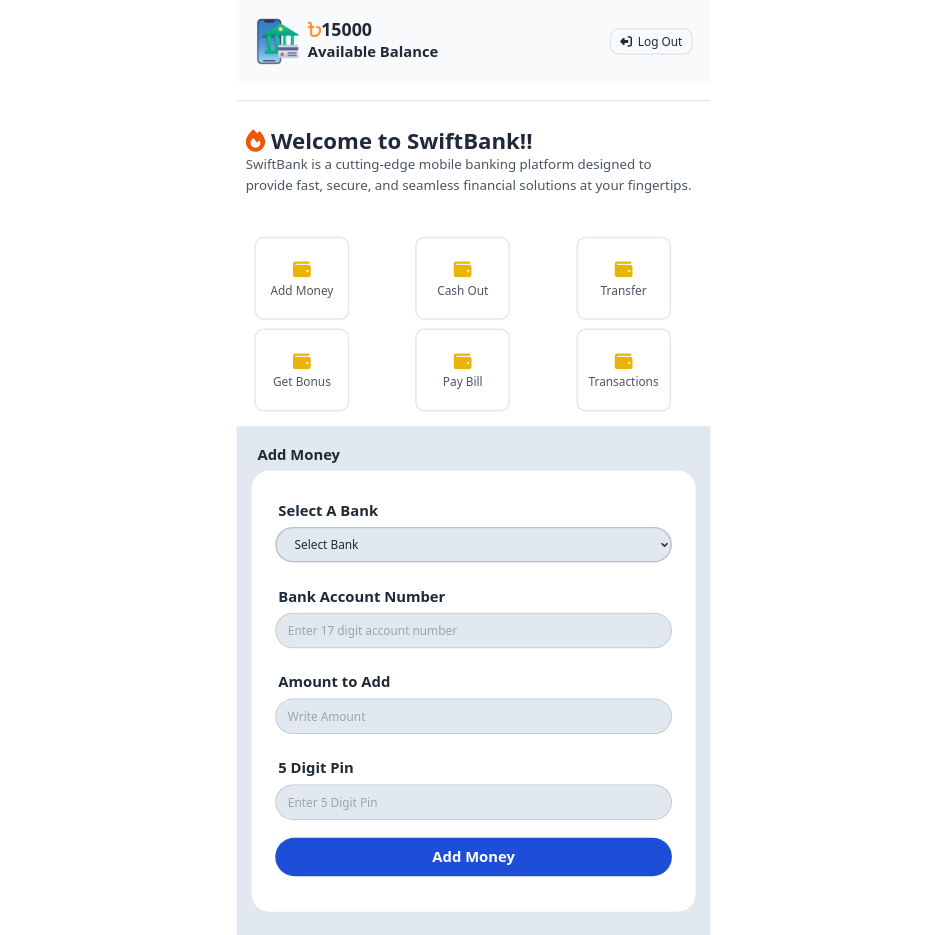
Repository: mukaddam-coder/swift-bank-mobile-banking
Page: home.html
The author's editor kept a copy of each file at every save. The page is drawn from the files as they stood at one save, then again after the next save.
The browser window is 1280 px wide. The pictures show the whole page, at 74% of full size.
Some web libraries are served in a nearby version.

Above is the page before, as saved 2024-12-16 18:43:18.

After the next save:
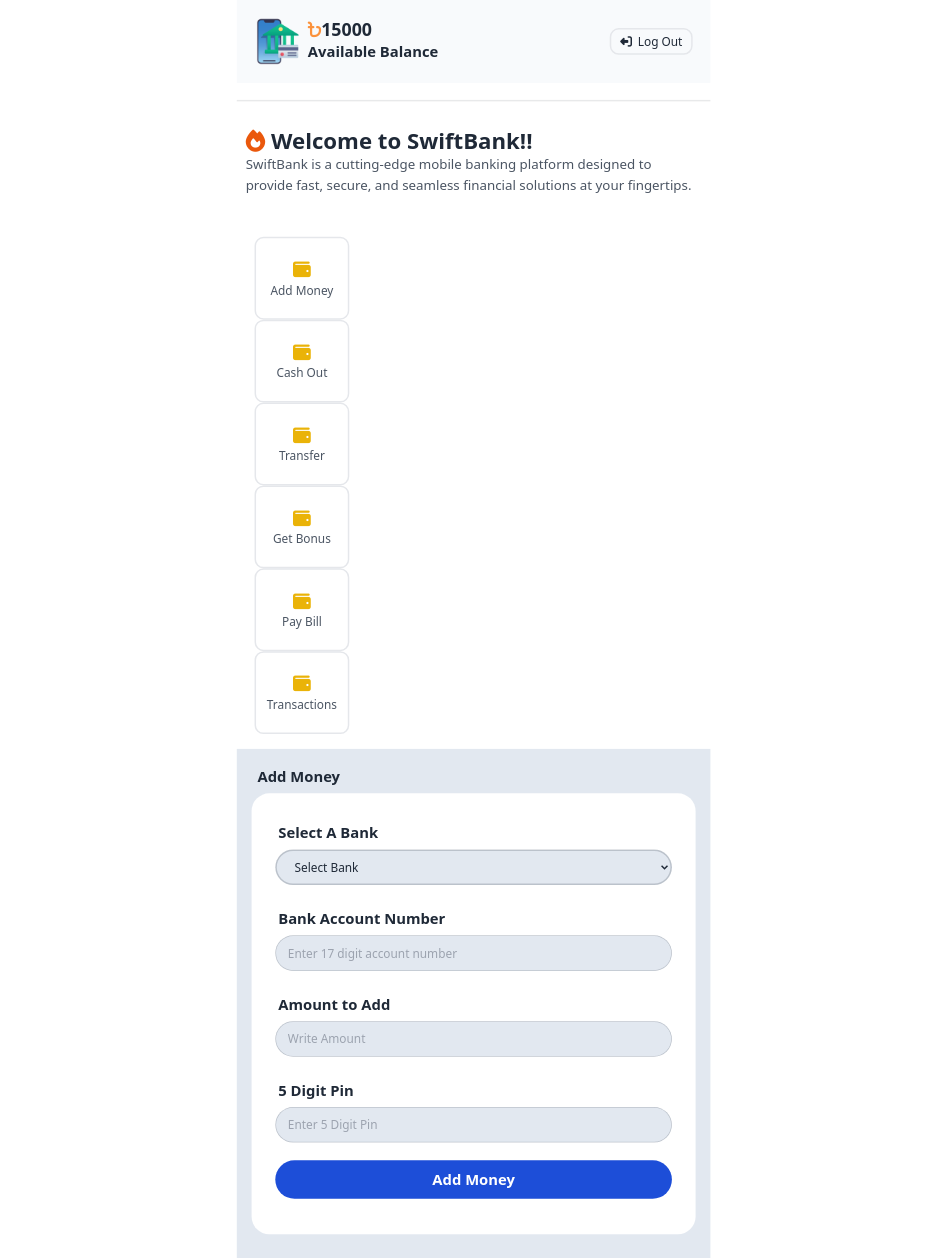
Saved 4 min 25 s later.
--- a/home.html
+++ b/home.html
@@ -44,7 +44,7 @@
         </section>
      <!-- User Actionable Dashboard -->
 
-     <section class="w-1/2 mx-auto py-8 grid grid-cols-3 gap-3">
+     <section class="w-1/2 mx-auto py-8">
         <div class="w-32 h-28 ml-3 p-3">
       <button id="show-add-money-section" class="border-2 w-32 h-28 rounded-xl bg-white text-gray-600">
       <p><i class="fa-solid fa-wallet text-yellow-500 text-2xl"></i></p>
